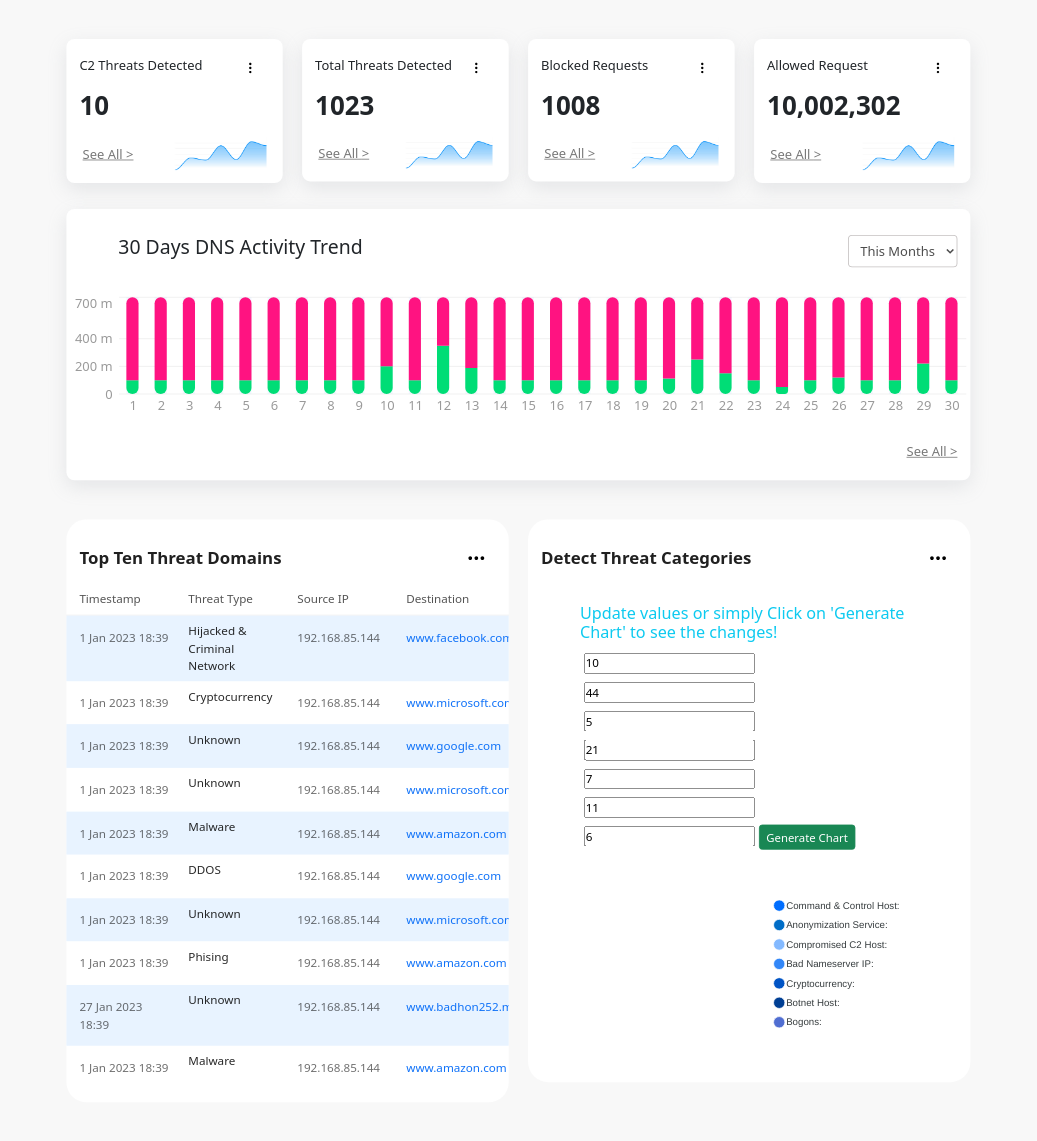
Repository: badhon252/dashboard
Page: /
An editor plug-in stored every save of this project. The page is shown before and after a run of saves, followed by the edit.
The browser window is 1280 px wide. The pictures show the whole page, at 81% of full size.
The project was rebuilt for these pictures with package versions that can differ from the ones it lists, and the page was loaded fresh each time. Also part of the build but not shown: vite.config.js.

Above is the page before, as saved 2023-01-30 17:18:29.

After the next 2 saves:
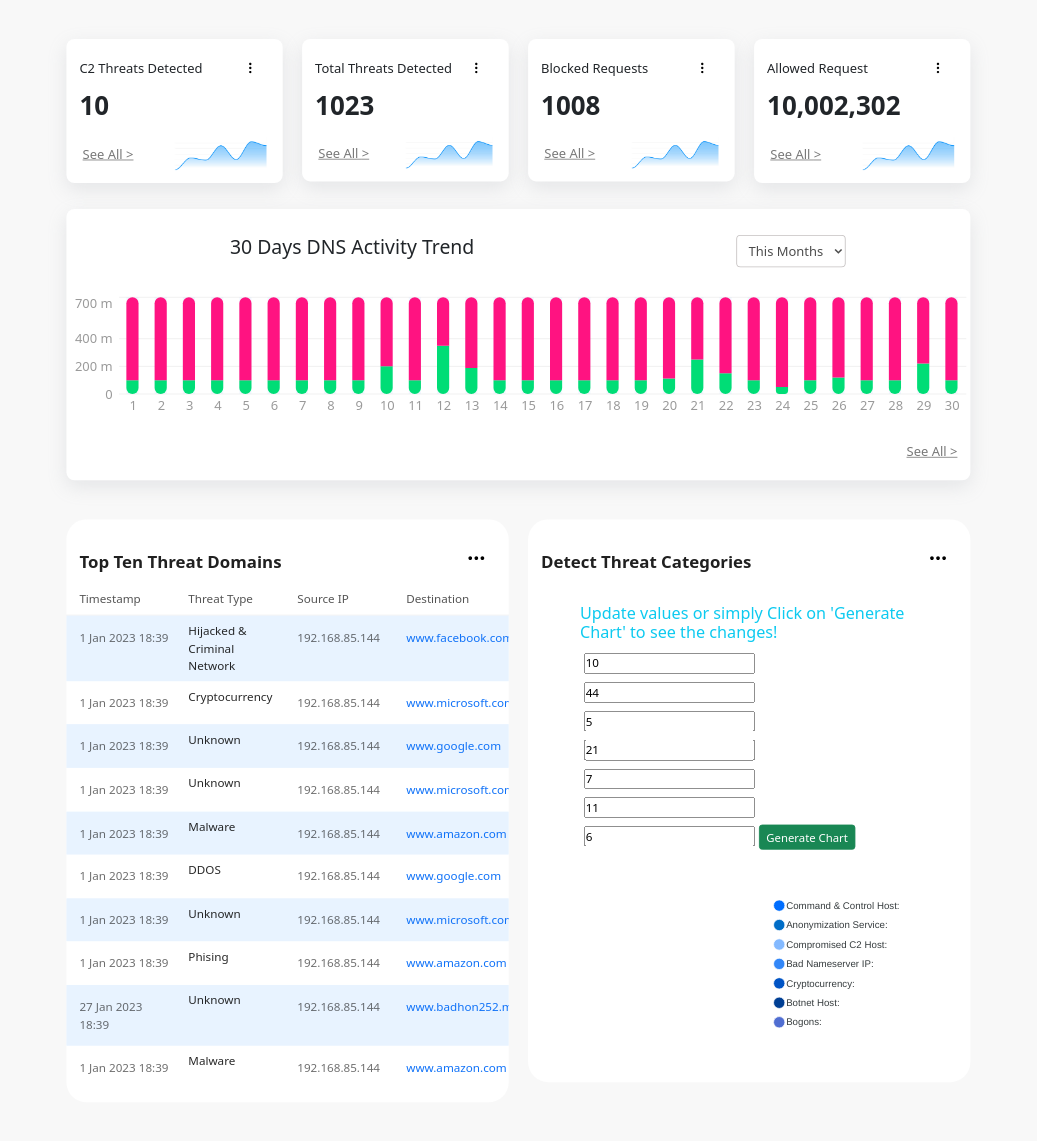
The 2 saves are shown as one change because they came seconds apart.
The last was saved 19 s later.
--- a/src/Components/Activity/Activity.jsx
+++ b/src/Components/Activity/Activity.jsx
@@ -1,6 +1,7 @@
 import "./Activity.css";
 import ActivityGraph from "./ActivityGraph";
 import ActivityHeader from "./ActivityHeader";
+import "Tooltip.css";
 
 export default function Activity() {
   const customTooltip = ({ active, payload, label }) => {

After the 2 saves that followed:
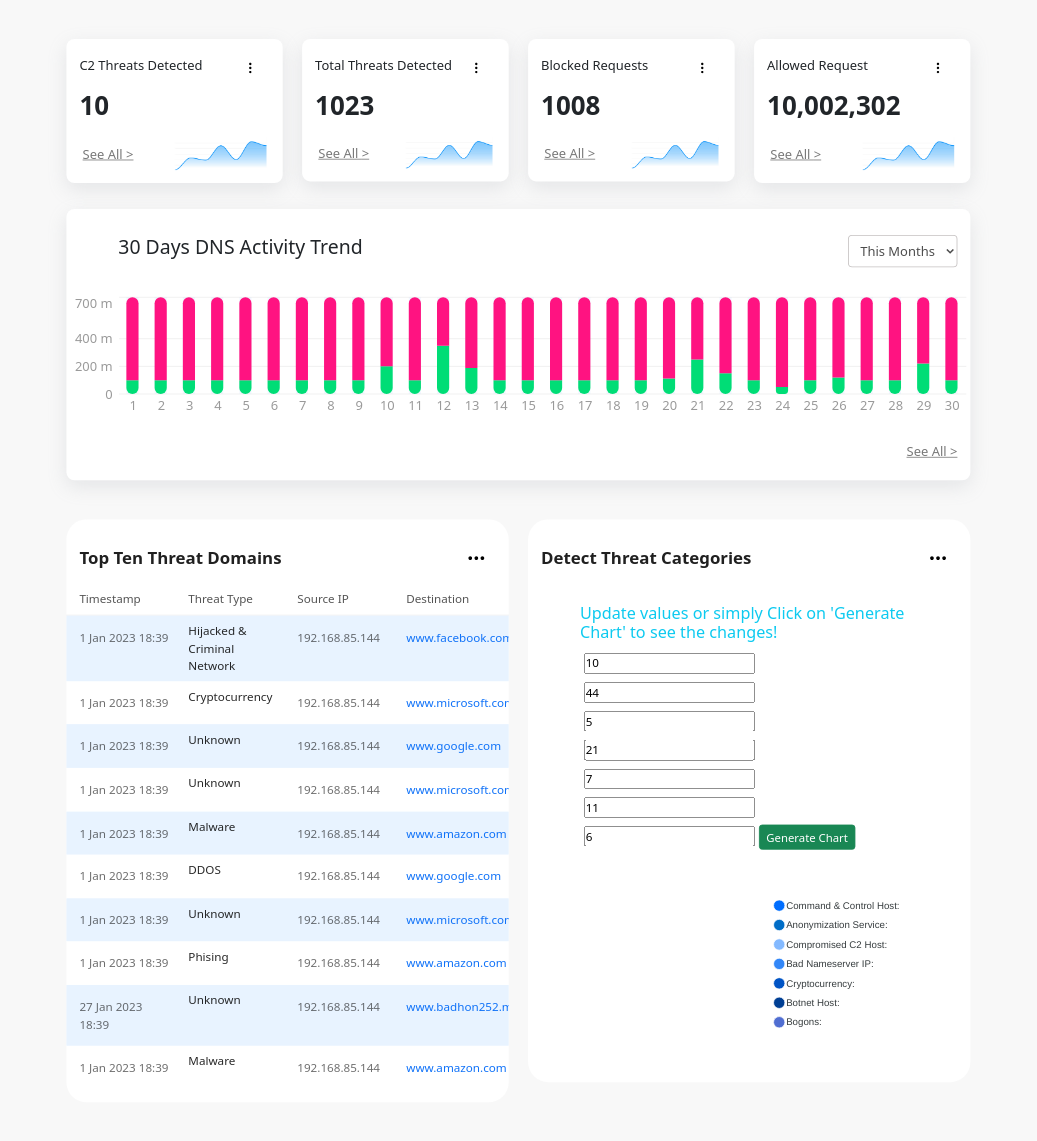
The 2 saves are shown as one change because 1 left the picture as it was.
The last was saved 2 min 10 s later.
--- a/src/Components/Activity/Activity.jsx
+++ b/src/Components/Activity/Activity.jsx
@@ -1,7 +1,7 @@
 import "./Activity.css";
 import ActivityGraph from "./ActivityGraph";
 import ActivityHeader from "./ActivityHeader";
-import "Tooltip.css";
+import "./Tooltip.css";
 
 export default function Activity() {
   const customTooltip = ({ active, payload, label }) => {
--- a/src/Components/Activity/Tooltip.css
+++ b/src/Components/Activity/Tooltip.css
@@ -3,12 +3,6 @@
     text-align: center;
     border-radius: 5px;
     font-family: -apple-system, BlinkMacSystemFont, "Segoe UI", Roboto, Oxygen, Ubuntu, Cantarell, "Open Sans", "Helvetica Neue", sans-serif;
-}
-
-.d-flex {
-    display: flex;
-    justify-content: space-around;
-    align-items: center;
 }
 
 .date-label {
